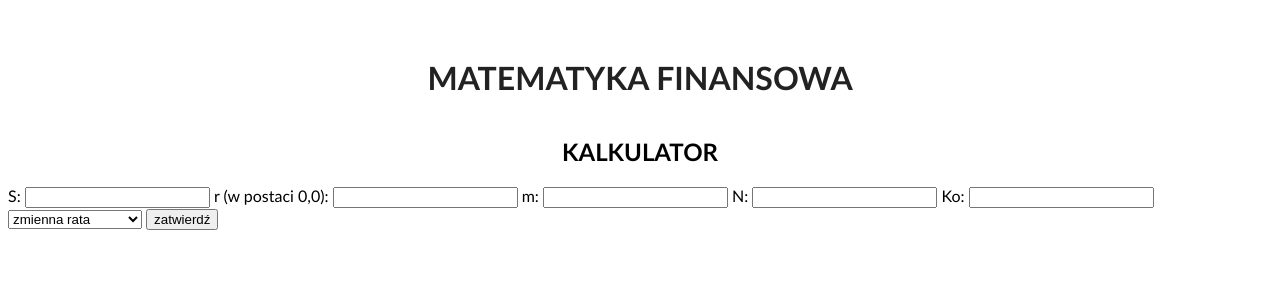
Repository: ravkita/MFCalc
Page: index.html
These files come from the project's save history. The page is drawn as it stood at one moment and after the next save; the edit follows.
The browser window is 1280 px wide. The pictures show the whole page.

Above is the page before, as saved 2021-04-12 18:30:12.

### index.html
<!DOCTYPE html>
<html lang="en">
<head>
    <meta charset="UTF-8">
    <meta http-equiv="X-UA-Compatible" content="IE=edge">
    <meta name="viewport" content="width=device-width, initial-scale=1.0">
    <title>Kalkulator</title>

    <style type="text/css">
        body{
            font-family: 'Gill Sans', 'Gill Sans MT', Calibri, 'Trebuchet MS', sans-serif;
        }
        .header{
            width: 100%;
            display: flex;
            flex-direction: column;
            justify-content: center;
            align-items: center;
        }
        .title{
            color: #222;
            margin-top: 50px;
            margin-bottom: 20px;
        }
        .subtitle{
            color #666666;
        }
    </style>
</head>
<body>
    <header class="header">
        <h1 class="title">MATEMATYKA FINANSOWA</h1>
    <h2 class="subtitle">KALKULATOR</h2>
    </header>
    <form action="" id="rata">
        <label for="S">S:</label> <input type="number" name="S" class="s">
        <label for="r">r (w postaci 0,0):</label> <input type="number" name="r" class="r">
        <label for="m">m:</label> <input type="number" name="m" class="m">
        <label for="N">N:</label> <input type="number" name="N" class="N">
        <label for="Ko">Ko:</label> <input type="number" name="Ko" class="Ko">
        <select name="type" id="typ">
            <option value="1">zmienna rata</option>
            <option value="2">zmienne płatności</option>
            <option value="3">narastanie kapitału</option>
        </select>
        <input type="button" name="confirm" id="confirm" value="zatwierdź">
    </form>
    <div class="result">

    </div>
    <script type="text/javascript">
        let s;
        let r;
        let m;
        let N;
        let q;
        let Ko;
        function rataStała(){
            const el = document.createElement("p");
            let t = s/(m*N);
            el.innerText = `T: ${t}`;
            document.querySelector('.result').appendChild(el);
        }
        function rataZmienna(){
            let tn = [];
                for(let i = 1; i<=N; i++){
                    const el = document.createElement("p");
                    tn[i-1] = s*((Math.pow(q, i) - Math.pow(q, i-1))/(Math.pow(q, m*N) - 1));
                    el.innerText = `T${i}: ${tn[i-1]}`;
                    document.querySelector('.result').appendChild(el);
                }
        }
        function kwotaPlatnosciStala(){
            const el = document.createElement("p");
            let a = s*Math.pow(q, m*N)*((q-1)/(Math.pow(q, m*N)-1));
            el.innerText = `A: ${a}`;
            document.querySelector('.result').appendChild(el);
        }
        function kwotaPlatnosciZmienna(){
            for(let i = 1; i<=N*m; i++){
                const el = document.createElement("p");
                let an = (s/(N*m))*[1+((N*m)-i+1)*(r/m)];
                el.innerText = `A${i}: ${an}`;
                document.querySelector('.result').appendChild(el);
            }
        }
        function narastanieKapitału(){
            for(let i = 1; i<=N; i++){
                const el = document.createElement("p");
                let Kn = Ko*(Math.pow((1+(r/m)), i*m));
                el.innerText = `K${i}: ${Kn}`;
                document.querySelector('.result').appendChild(el);
            }
        }
        function odsetkiPrzyStalejRacie(){
            for(let i = 1; i<=N*m; i++){
                const el = document.createElement("p");
                let On = s*[1-((i-1)/(N*m))]*(r/m);
                el.innerText = `O${i}: ${On}`;
                document.querySelector('.result').appendChild(el);
            }
        }
        function saldo(){
            for(let i = 1; i<=N*m; i++){
                const el = document.createElement("p");
                let Sn = s*[1-((i-1)/(N*m))]*(r/m);
                el.innerText = `S${i}: ${Sn}`;
                document.querySelector('.result').appendChild(el);
            }
        }
        function odsetkiPrzyStalejKwocie(){
            for(let i = 1; i<=N*m; i++){
                const el = document.createElement("p");
                let On = s*[1-((i-1)/(N*m))]*(r/m);
                el.innerText = `O${i}: ${On}`;
                document.querySelector('.result').appendChild(el);
            }
        }
        function getData(){
            document.getElementById('confirm').addEventListener('click', (e) =>{
                s = document.querySelector('.s').value;
                r = document.querySelector('.r').value;
                m = document.querySelector('.m').value;
                N = document.querySelector('.N').value;
                Ko = document.querySelector('.Ko').value;
                q = 1+(r/m);
                let type = document.querySelector('#typ').value;
                document.querySelector('.result').innerHTML="";

                switch (type){
                    case "1":
                    rataZmienna();
                    kwotaPlatnosciStala();
                    break;
                    case "2":
                    kwotaPlatnosciZmienna();
                    rataStała();
                    odsetkiPrzyStalejRacie();
                    break;
                    case "3":
                    narastanieKapitału();
                }
            });
        }
        getData();
    </script>
</body>
</html>

After the next save:
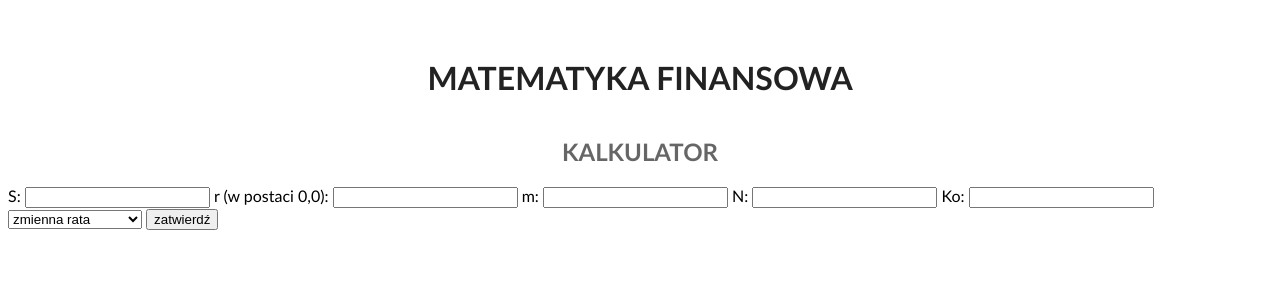
Saved 24 s later.
--- a/index.html
+++ b/index.html
@@ -23,7 +23,7 @@
             margin-bottom: 20px;
         }
         .subtitle{
-            color #666666;
+            color: #666666;
         }
     </style>
 </head>
